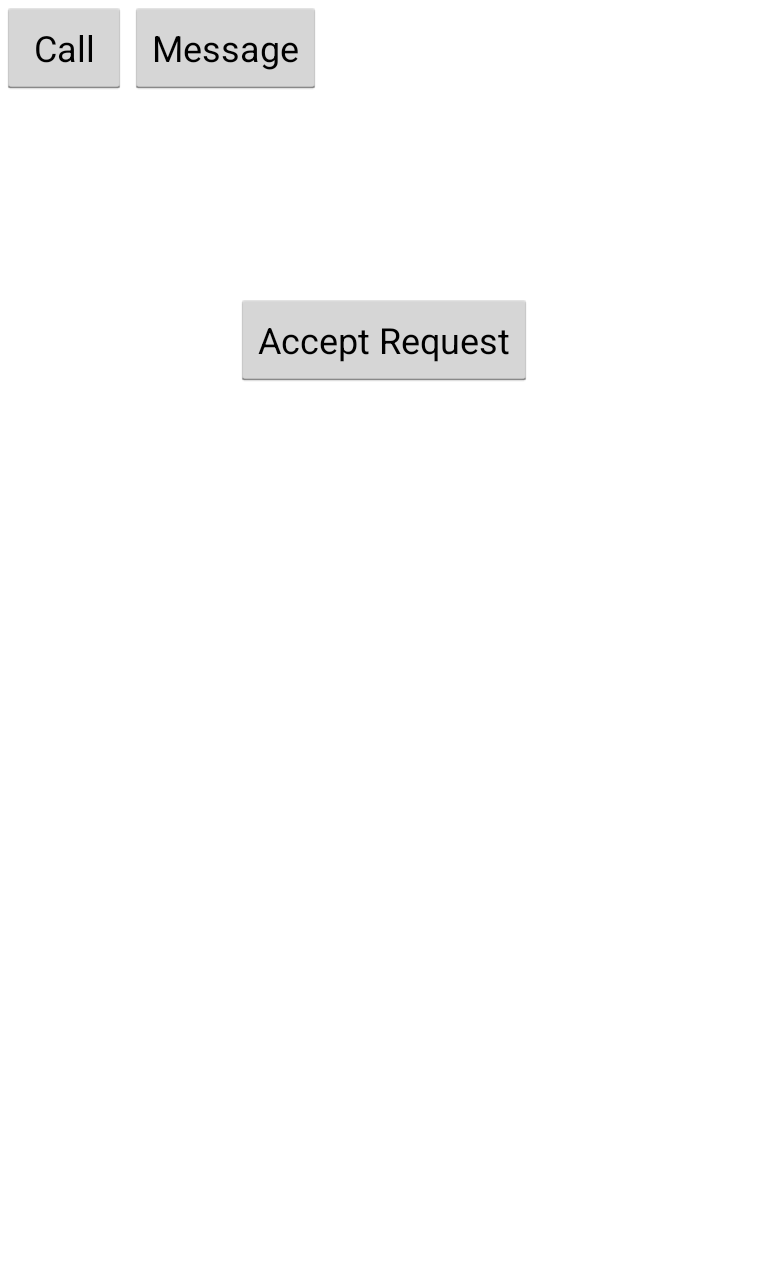
Repository: srivast6/SafeWalk
Layout: android/SafeWalk/res/layout/pop_up.xml
The author's editor kept a copy of each file at every save. The layout is drawn from the files as they stood at one save, then again after the next save.
It is drawn on a 768 x 1280 px phone screen (xhdpi) without system bars, with theme android:Theme.Holo.Light; the app's code is not run.

Above is the layout before, as saved 2013-11-20 01:09:45.

### android/SafeWalk/res/layout/pop_up.xml
<?xml version="1.0" encoding="utf-8"?>
<LinearLayout xmlns:android="http://schemas.android.com/apk/res/android"
    style="?android:attr/buttonBarStyle"
    android:layout_width="fill_parent"
    android:layout_height="fill_parent"
    android:layout_weight="0"
    android:orientation="horizontal" >

    <RelativeLayout
        android:layout_width="match_parent"
        android:layout_height="match_parent" >

        <LinearLayout
            android:id="@+id/linearLayout1"
            android:layout_width="wrap_content"
            android:layout_height="wrap_content"
            android:layout_alignParentTop="true"
            android:layout_centerHorizontal="true"
            android:layout_marginTop="90dp"
            android:orientation="vertical" >

            <Button
                android:id="@+id/AcceptButton"
                android:layout_width="wrap_content"
                android:layout_height="wrap_content"
                android:layout_alignParentTop="true"
                android:layout_centerHorizontal="true"
                android:layout_marginTop="56dp"
                android:text="Accept Request" />
        </LinearLayout>

        <LinearLayout
            android:id="@+id/linearLayout1"
            android:layout_width="match_parent"
            android:layout_height="match_parent"
            android:layout_below="@id/linearLayout1"
            android:orientation="horizontal" >

            <Button
                android:id="@+id/callButton"
                android:layout_width="wrap_content"
                android:layout_height="wrap_content"
                android:layout_alignParentBottom="true"
                android:layout_alignParentLeft="true"
                android:layout_alignRight="@+id/linearLayout2"
                android:text="Call" />

            <Button
                android:id="@+id/mssgButton"
                android:layout_width="wrap_content"
                android:layout_height="wrap_content"
                android:layout_alignParentBottom="true"
                android:layout_alignParentRight="true"
                android:layout_toRightOf="@id/callButton"
                android:text="Message" />
        </LinearLayout>
    </RelativeLayout>

</LinearLayout>

After the next save:
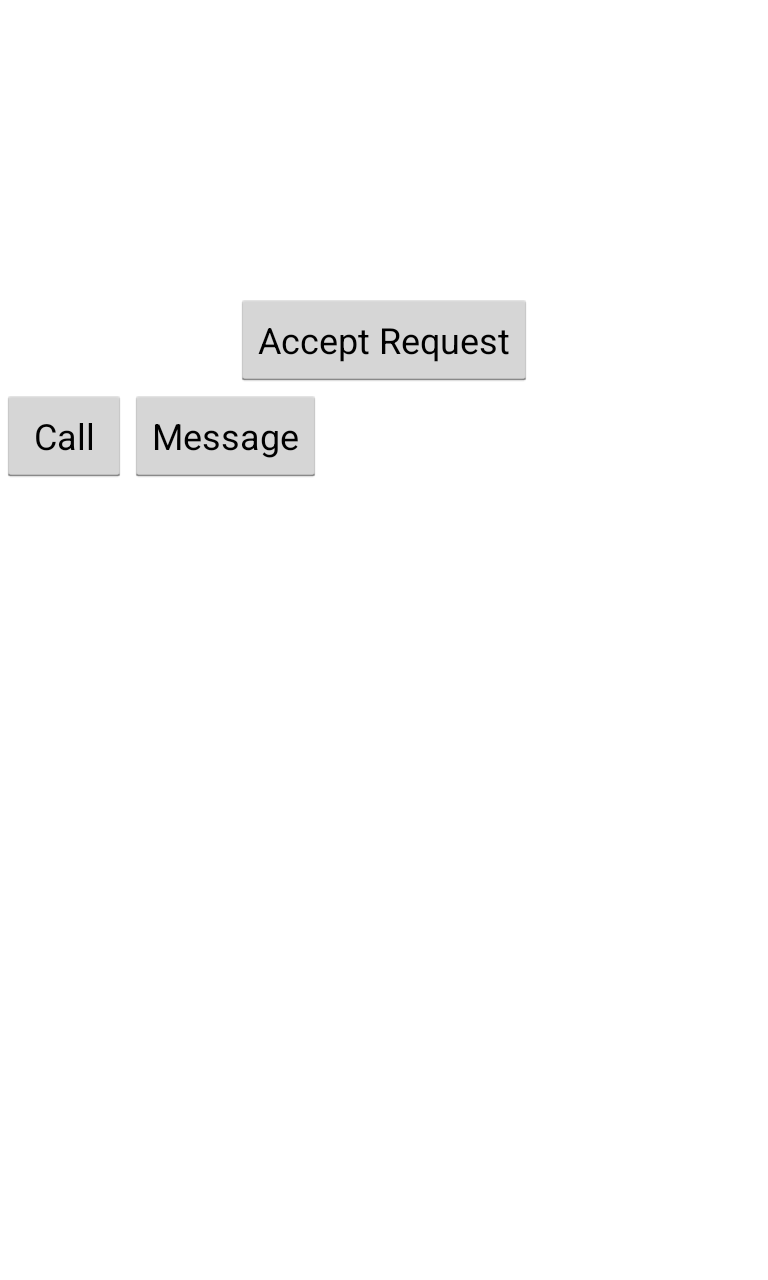
Saved 9 s later.
--- a/android/SafeWalk/res/layout/pop_up.xml
+++ b/android/SafeWalk/res/layout/pop_up.xml
@@ -30,7 +30,7 @@
         </LinearLayout>
 
         <LinearLayout
-            android:id="@+id/linearLayout1"
+            android:id="@+id/linearLayout2"
             android:layout_width="match_parent"
             android:layout_height="match_parent"
             android:layout_below="@id/linearLayout1"
